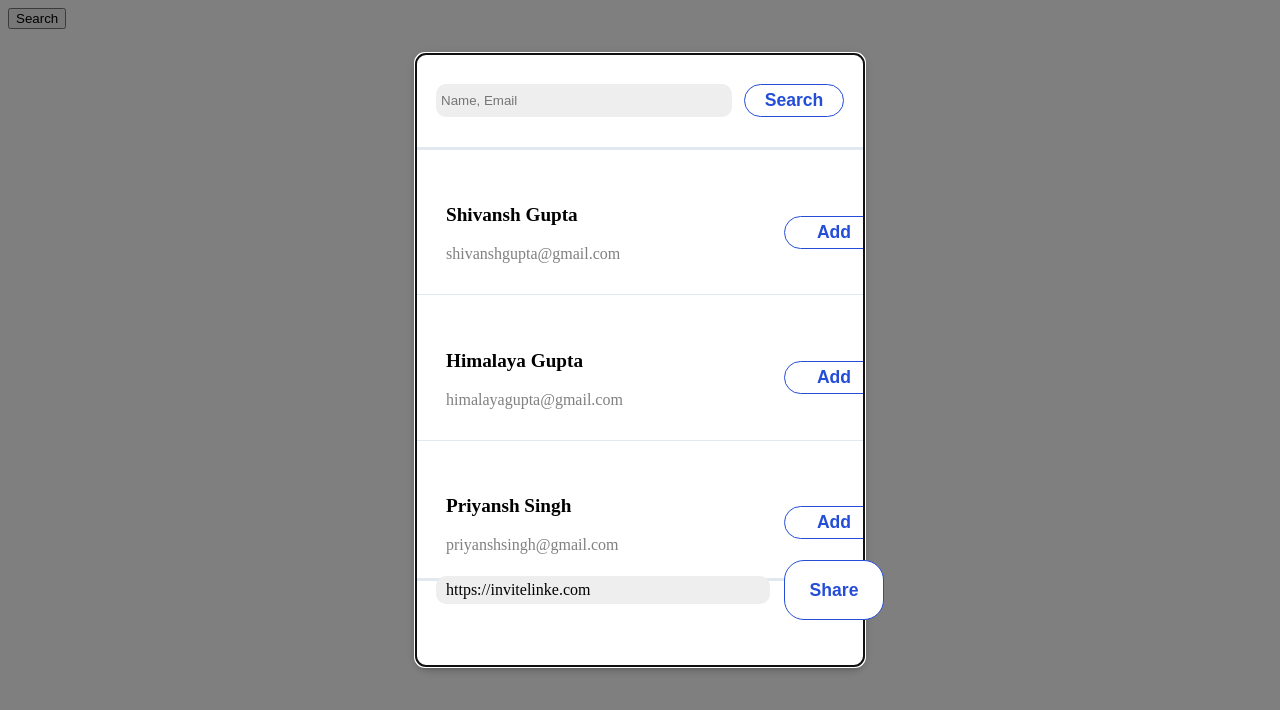
Repository: shiv0403/event-planner
Page: /, after clicking the first element matching `button`
An editor plug-in stored every save of this project. The page is shown before and after the next save, followed by the edit.
The browser window is 1280 px wide. The pictures show the whole page.
An inner scrolling area shows only its first screen. The project was rebuilt for these pictures with package versions that can differ from the ones it lists, and the page was loaded fresh each time.

Above is the page before, as saved 2021-07-27 12:53:17.

### src/App.js
import React from "react";
import Modal from "./Components/SearchModal/SearchModal";

function App() {
  return (
    <div className="App">
      <Modal />
    </div>
  );
}

export default App;

### src/Components/SearchModal/SearchModal.js
import React, { useState } from "react";
import { makeStyles } from "@material-ui/core/styles";
import Modal from "@material-ui/core/Modal";
import Backdrop from "@material-ui/core/Backdrop";
import Fade from "@material-ui/core/Fade";
import SearchPerson from "./SearchPerson";

import "./SearchModal.css";

const useStyles = makeStyles((theme) => ({
  modal: {
    display: "flex",
    alignItems: "center",
    justifyContent: "center",
  },
  paper: {
    backgroundColor: theme.palette.background.paper,
    boxShadow: theme.shadows[5],
    // padding: theme.spacing(2, 4, 3),
    width: "35%",
    borderRadius: "10px",
    height: "85%",
  },
}));

export default function TransitionsModal() {
  const classes = useStyles();
  const [open, setOpen] = useState(false);
  const [data, setData] = useState([
    {
      name: "Shivansh Gupta",
      email: "shivanshgupta@gmail.com",
    },
    {
      name: "Himalaya Gupta",
      email: "himalayagupta@gmail.com",
    },
    {
      name: "Priyansh Singh",
      email: "priyanshsingh@gmail.com",
    },
    {
      name: "asdlkfj lskdjf",
      email: "sadlkfj@lskdf.com",
    },

    {
      name: "asdlkfj lskdjf",
      email: "sadlkfj@lskdf.com",
    },
    {
      name: "asdlkfj lskdjf",
      email: "sadlkfj@lskdf.com",
    },
    {
      name: "asdlkfj lskdjf",
      email: "sadlkfj@lskdf.com",
    },
    {
      name: "asdlkfj lskdjf",
      email: "sadlkfj@lskdf.com",
    },
    {
      name: "asdlkfj lskdjf",
      email: "sadlkfj@lskdf.com",
    },
  ]);

  const handleOpen = () => {
    setOpen(true);
  };

  const handleClose = () => {
    setOpen(false);
  };

  return (
    <div>
      <button type="button" onClick={handleOpen}>
        Search
      </button>
      <Modal
        aria-labelledby="transition-modal-title"
        aria-describedby="transition-modal-description"
        className={classes.modal}
        open={open}
        onClose={handleClose}
        closeAfterTransition
        BackdropComponent={Backdrop}
        BackdropProps={{
          timeout: 500,
        }}
      >
        <Fade in={open}>
          <div className={classes.paper}>
            <div className="search__header">
              <input type="text" placeholder="Name, Email" />
              <button type="submit"> Search</button>
            </div>
            <div className="search__body">
              {data.map((person) => (
                <SearchPerson name={person.name} email={person.email} />
              ))}
            </div>
            <div className="search__footer">
              <p>https://invitelinke.com</p>
              <button type="submit">Share</button>
            </div>
          </div>
        </Fade>
      </Modal>
    </div>
  );
}

### src/Components/SearchModal/SearchPerson.js
import React from "react";
import "./SearchPerson.css";

function SearchPerson({ name, email }) {
  return (
    <div className="search__person">
      <div className="sp__details">
        <h3>{name}</h3>
        <p>{email}</p>
      </div>

      <div className="sp__add">
        <button type="submit">Add</button>
      </div>
    </div>
  );
}

export default SearchPerson;

### src/Components/SearchModal/SearchModal.css
.search__header {
  display: flex;
  justify-content: space-between;
  padding: 30px 20px;
  border-bottom: 3px solid #e2e8f0;
}

.search__header > input {
  border-radius: 10px;
  width: 70%;
  padding: 5px;
  margin-right: 10px;
  background-color: #eee;
  outline: none;
  border: 0px;
}

.search__header > button {
  padding: 5px 3px;
  width: 100px;
  border: 1px #244ed8 solid;
  font-size: 1.1rem;
  border-radius: 20px;
  background-color: #fff;
  font-weight: 800;
  color: #244ed8;
}

.search__body {
  overflow-y: auto;
  height: 70%;
  border-bottom: 3px solid #e2e8f0;
}

.search__body::-webkit-scrollbar {
  display: none;
}

.search__footer {
  display: flex;
  justify-content: space-between;
  margin-top: 40px;
  padding: 20px;
  position: absolute;
  bottom: 80px;
  width: 35%;
  /* border-top: 1px solid #e2e8f0; */
}

.search__footer > p {
  background-color: #eee;
  padding: 5px 10px;
  width: 70%;
  border-radius: 10px;
  margin-right: 10px;
}

.search__footer > button {
  padding: 5px 3px;
  width: 100px;
  border: 1px #244ed8 solid;
  font-size: 1.1rem;
  border-radius: 20px;
  background-color: #fff;
  font-weight: 800;
  color: #244ed8;
}

.search__footer > button:hover {
  background-color: RGBA(36, 78, 216, 0.1);
  box-shadow: inset 0 0 0 1.5px #244ed8;
  transition: all 0.3s;
}

### src/Components/SearchModal/SearchPerson.css
.search__person {
  display: flex;
  justify-content: space-between;
  align-items: center;
  padding: 5px 20px;
  width: 100%;
  margin: 20px auto;
}

.search__person:not(:last-child) {
  border-bottom: 1px #e2e8f0 solid;
}

.sp__details {
  /* background-color: #eee; */
  border-radius: 10px;
  width: 95%;
  padding: 10px;
  margin-right: 10px;
}

.sp__details > h3 {
  font-size: 1.2rem;
  font-weight: 800;
}

.sp__details > p {
  font-size: 1rem;
  margin-top: 5px;
  color: gray;
}

.sp__add > button {
  padding: 5px 3px;
  width: 100px;
  border: 1px #244ed8 solid;
  font-size: 1.1rem;
  border-radius: 20px;
  background-color: #fff;
  font-weight: 800;
  color: #244ed8;
}

.sp__add > button:hover {
  background-color: RGBA(36, 78, 216, 0.1);
  box-shadow: inset 0 0 0 1.5px #244ed8;
  transition: all 0.3s;
}

/*
#f7fafc
#2563eb
#414a59
#244ed8 */

Loaded but not shown: public/index.html (common file); src/index.js (common file)

After the next save:
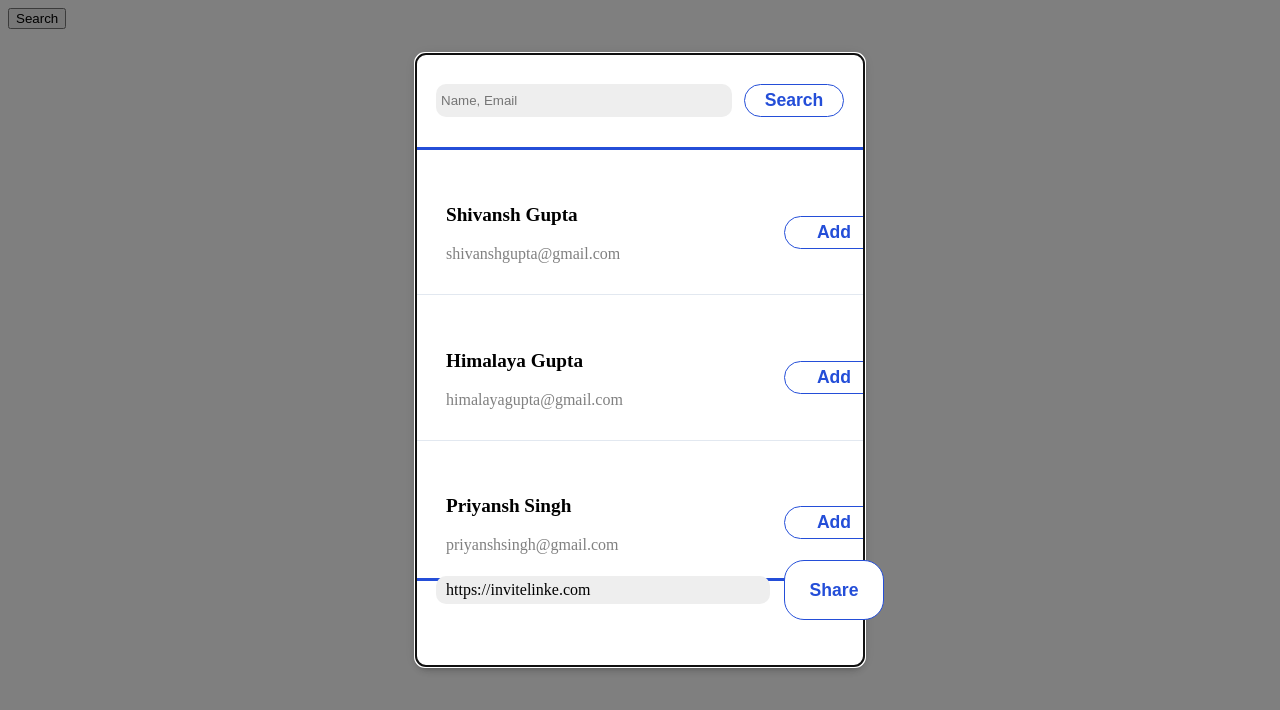
Saved 31 s later.
--- a/src/Components/SearchModal/SearchModal.css
+++ b/src/Components/SearchModal/SearchModal.css
@@ -2,7 +2,7 @@
   display: flex;
   justify-content: space-between;
   padding: 30px 20px;
-  border-bottom: 3px solid #e2e8f0;
+  border-bottom: 3px solid #244ed8;
 }
 
 .search__header > input {
@@ -29,7 +29,7 @@
 .search__body {
   overflow-y: auto;
   height: 70%;
-  border-bottom: 3px solid #e2e8f0;
+  border-bottom: 3px solid #244ed8;
 }
 
 .search__body::-webkit-scrollbar {
